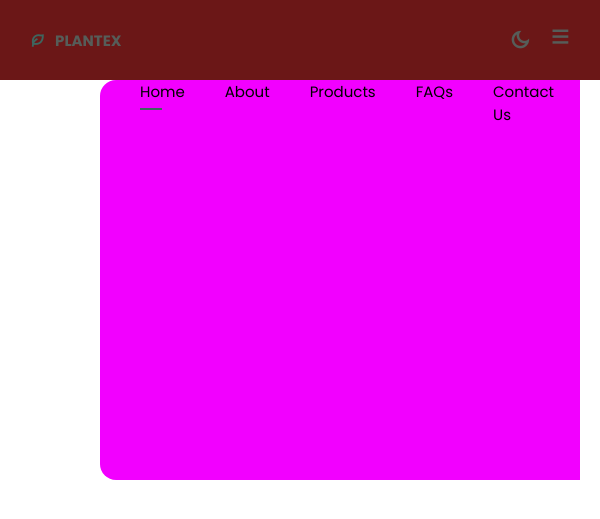
Repository: OmniaRafat232111121/plantwebsite
Page: index.html
The author's editor kept a copy of each file at every save. The page is drawn from the files as they stood at one save, then again after the next save.
The browser window is 600 px wide. The pictures show the whole page.
After loading, the first visible `#navToggle` was clicked once.

Above is the page before, as saved 2023-01-04 15:42:28.

After the next save:
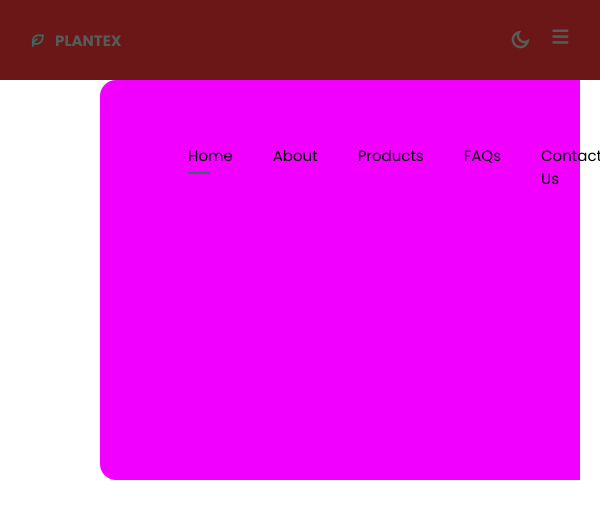
Saved 69 s later.
--- a/assets/css/styles.css
+++ b/assets/css/styles.css
@@ -229,6 +229,7 @@ display: none;
     border-radius: 1rem 0 0 1rem;
     transition: .3s;
     z-index: 1000;
+        padding: 4rem 0 0 3rem;
     display:flex;
     align-items: ;
 
